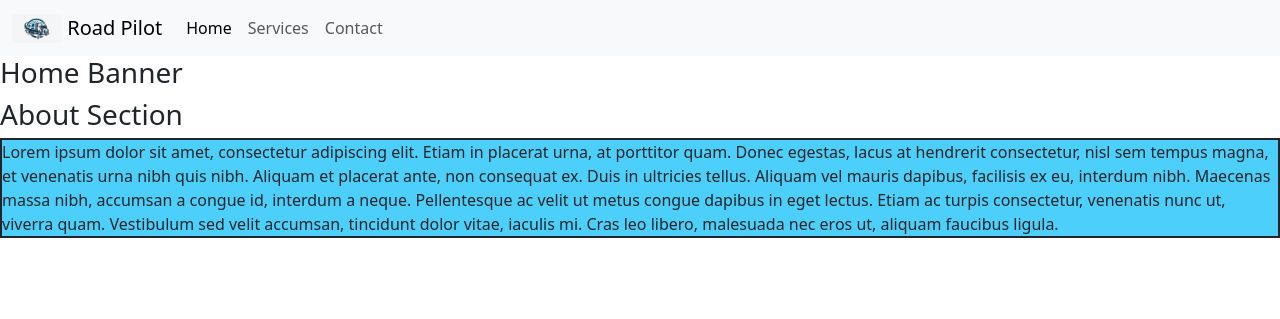
Repository: VictoriousMango/WebCreator
Page: index.html
The author's editor kept a copy of each file at every save. The page is drawn from the files as they stood at one save, then again after the next save.
The browser window is 1280 px wide. The pictures show the whole page.

Above is the page before, as saved 2024-11-09 13:37:04.

### index.html
<!DOCTYPE html>
<html lang="en">

<head>
    <meta charset="UTF-8">
    <meta name="viewport" content="width=device-width, initial-scale=1.0">
    <title>Web Creator</title>
    <link href="https://cdn.jsdelivr.net/npm/bootstrap@5.3.3/dist/css/bootstrap.min.css" rel="stylesheet"
        integrity="sha384-QWTKZyjpPEjISv5WaRU9OFeRpok6YctnYmDr5pNlyT2bRjXh0JMhjY6hW+ALEwIH" crossorigin="anonymous">
    <link rel="stylesheet" href="./assets/css/index.css">
</head>

<body>
    <!-- Navbar -->
    <nav class="navbar navbar-expand-lg bg-body-tertiary">
        <div class="container-fluid">
            <a class="navbar-brand" href="#">
                <img src="./assets/images/Logo.png" alt="Logo" width="50px" class="d-inline-block align-text-top">
                Road Pilot
            </a>
            <button class="navbar-toggler" type="button" data-bs-toggle="collapse" data-bs-target="#navbarNav"
                aria-controls="navbarNav" aria-expanded="false" aria-label="Toggle navigation">
                <span class="navbar-toggler-icon"></span>
            </button>
            <div class="collapse navbar-collapse" id="navbarNav">
                <ul class="navbar-nav">
                    <li class="nav-item">
                        <a class="nav-link active" aria-current="page" href="#">Home</a>
                    </li>
                    <li class="nav-item">
                        <a class="nav-link" href="./pages/services.html">Services</a>
                    </li>
                    <li class="nav-item">
                        <a class="nav-link" href="./pages/contact.html">Contact</a>
                    </li>
                </ul>
            </div>
        </div>
    </nav>
    <!-- NavBar -->
    <main>
        <div class="home__banner">
            <h3>Home Banner</h3>
        </div>
        <div class="home__about">
            <h3>About Section</h3>
        </div>
        <div class="home__service">
            <h3></h3>
        </div>
        <div class="home__whyChooseUs">
            <h3></h3>
        </div>
        <div class="home__experience">
            <h3></h3>
        </div>
        <div class="home__pricingPlan">
            <h3></h3>
        </div>
        <div class="home__projects">
            <h3></h3>
        </div>
        <div class="home__testimonials">
            <h3></h3>
        </div>
        <div class="home__faq">
            <h3></h3>
        </div>
        <div class="blog">
            <h3></h3>
        </div>
    </main>
    <footer>
        Lorem ipsum dolor sit amet, consectetur adipiscing elit. Etiam in placerat urna, at porttitor quam. Donec egestas, lacus at hendrerit consectetur, nisl sem tempus magna, et venenatis urna nibh quis nibh. Aliquam et placerat ante, non consequat ex. Duis in ultricies tellus. Aliquam vel mauris dapibus, facilisis ex eu, interdum nibh. Maecenas massa nibh, accumsan a congue id, interdum a neque. Pellentesque ac velit ut metus congue dapibus in eget lectus. Etiam ac turpis consectetur, venenatis nunc ut, viverra quam. Vestibulum sed velit accumsan, tincidunt dolor vitae, iaculis mi. Cras leo libero, malesuada nec eros ut, aliquam faucibus ligula.
    </footer>
    <!-- Scripts -->
    <script src="https://cdn.jsdelivr.net/npm/bootstrap@5.3.3/dist/js/bootstrap.bundle.min.js"
        integrity="sha384-YvpcrYf0tY3lHB60NNkmXc5s9fDVZLESaAA55NDzOxhy9GkcIdslK1eN7N6jIeHz"
        crossorigin="anonymous"></script>
    <script src="https://cdn.jsdelivr.net/npm/@popperjs/core@2.11.8/dist/umd/popper.min.js"
        integrity="sha384-I7E8VVD/ismYTF4hNIPjVp/Zjvgyol6VFvRkX/vR+Vc4jQkC+hVqc2pM8ODewa9r"
        crossorigin="anonymous"></script>
    <script src="https://cdn.jsdelivr.net/npm/bootstrap@5.3.3/dist/js/bootstrap.min.js"
        integrity="sha384-0pUGZvbkm6XF6gxjEnlmuGrJXVbNuzT9qBBavbLwCsOGabYfZo0T0to5eqruptLy"
        crossorigin="anonymous"></script>
</body>

</html>

### assets/css/index.css
footer {
    position: relative;
    bottom: 1px;
    border: 2px solid;
    background-color: rgba(0, 187, 249, 0.7);
}

After the next save:
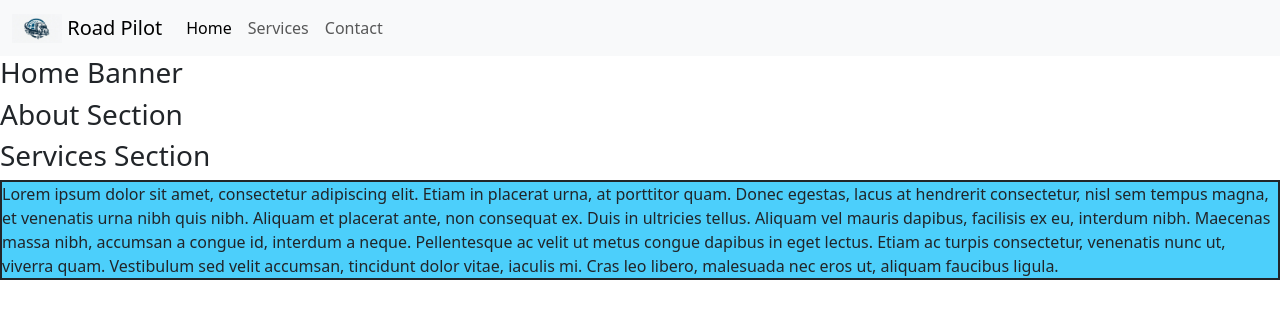
Saved 6 s later.
--- a/index.html
+++ b/index.html
@@ -46,7 +46,7 @@
             <h3>About Section</h3>
         </div>
         <div class="home__service">
-            <h3></h3>
+            <h3>Services Section</h3>
         </div>
         <div class="home__whyChooseUs">
             <h3></h3>
